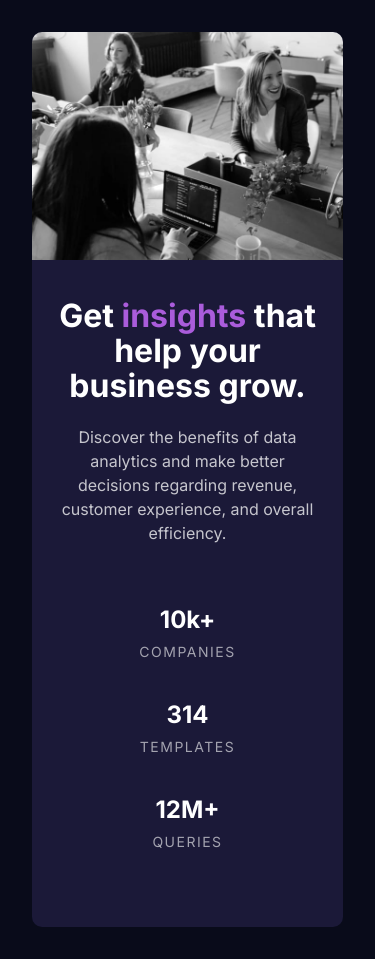
Repository: keisewarsame/stats-preview-frontendmentor
Page: index.html
The author's editor kept a copy of each file at every save. The page is drawn from the files as they stood at one save, then again after the next save.
The browser window is 375 px wide. The pictures show the whole page.

Above is the page before, as saved 2022-07-12 14:54:56.

### index.html
<!DOCTYPE html>
<html lang="en">
<head>
  <meta charset="UTF-8">
  <meta name="viewport" content="width=device-width, initial-scale=1.0"> <!-- displays site properly based on user's device -->
  <link rel="icon" type="image/png" sizes="32x32" href="./images/favicon-32x32.png">
  <link rel="stylesheet" href="styles.css">
  <title>Frontend Mentor | Stats preview card component</title>
</head>
<body>
    <div class="container">
        <div class="wrapper">
            <div class="text-component">
                <h1 class="title">Get <span>insights</span> that help your business grow.</h1>
                <p class="subtitle">Discover the benefits of data analytics and make better decisions regarding revenue, customer experience, and overall efficiency.</p>
                <div class="stats-component">
                    <div>
                        <p class="num">10k+</p>
                        <p class="stats-sub">Companies</p>
                    </div>
                    <div>
                        <p class="num">314</p>
                        <p class="stats-sub">Templates</p>
                    </div>
                    <div>
                        <p class="num">12M+</p>
                        <p class="stats-sub">Queries</p>
                    </div>
                </div>
            </div>
            <div class="image-component">

            </div>
            <div class="img-cover"></div>
        </div>
    </div>
</body>
</html>

### styles.css
@import url('https://fonts.googleapis.com/css2?family=Inter:wght@400;700&family=Lexend+Deca&display=swap');

* {
    margin: 0;
    padding: 0;
}

body {
    font-family: 'Inter', sans-serif;
    display: flex;
    align-items: center;
    min-height: 100vh;
    background-color: hsl(233, 47%, 7%);
}

.container {
    margin: 0 auto;
    max-width: 1040px;
}

.wrapper {
    background-color: hsl(244, 38%, 16%);
    display: grid;
    grid-template-columns: 1fr 1fr;
    border-radius: 10px;
    overflow: hidden;
    margin: 2rem;
}

.text-component {
    padding: 13%;
    font-family: 'Inter', sans-serif;
}

.title {
    color: hsl(0, 0%, 100%);
    padding-bottom: 22px;
    font-weight: 700;
}

.title span {
    color: hsl(277, 64%, 61%)
}

.subtitle {
    color: hsla(0, 0%, 100%, 0.75);
    line-height: 1.5;
    font-size: 15px;
}

.stats-component {
    display: flex;
    justify-content: space-between;
    padding-top: 60px;
}

.num {
    color: hsl(0, 0%, 100%);
    font-weight: 700;
    font-size: 24px;
    margin-bottom: 9px
}

.stats-sub {
    text-transform: uppercase;
    color: hsla(0, 0%, 100%, 0.6);
    font-size: 14px;
    letter-spacing: 1.5px;
}



.image-component {
    position: relative;
    background: url(/images/image-header-desktop.jpg) no-repeat;
    height: 100%;
    width: 100%;
}

img {
    height: 100%;
    width: 100%;
}

.image-component::after {
    position: absolute;
    content: '';
    height: 100%;
    width: 100%;
    top: 0;
    right: 0;
    background-color: hsla(277, 64%, 61%, 0.6);;
}

@media screen and (max-width: 425px) {
    body {
        text-align: center;
    }

    .wrapper {
        grid-template-columns: 1fr;
        position: relative;
    }

    .image-component {
        position: relative;
        /* background: url(/images/image-header-mobile.jpg); */
        height: 100%;
        width: 100%;
        order: -1;
        content: url(/images/image-header-mobile.jpg);

    }

    .img-cover {
        position: absolute;
        width: 100%;
        height: 100px
        top: 0;
        border: 1p;

    }

    .stats-component {
        flex-direction: column;
    }

    .text-component {
        padding: 12% 8%;
    }

    .title {
        line-height: 1.1;
    }

    .stats-component div {
        margin-bottom: 40px;
    }

    .subtitle {
        font-size: 16px;
        font-family: ;
    }
}

After the next save:
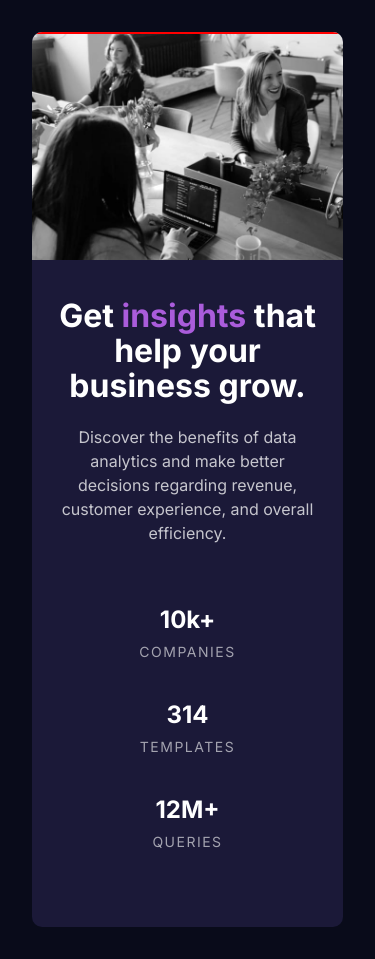
Saved 5 s later.
--- a/styles.css
+++ b/styles.css
@@ -117,7 +117,7 @@
         width: 100%;
         height: 100px
         top: 0;
-        border: 1p;
+        border: 1px solid red;
 
     }
 

After the 2 saves that followed:
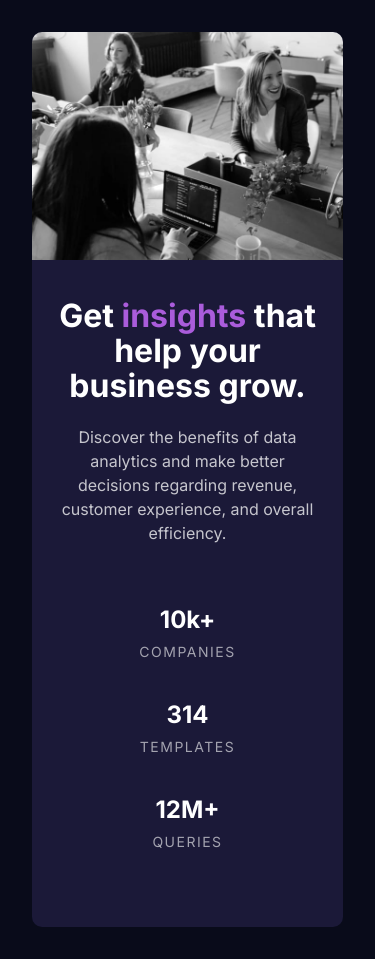
The 2 saves are shown as one change because they came seconds apart.
The last was saved 12 s later.
--- a/styles.css
+++ b/styles.css
@@ -117,7 +117,7 @@
         width: 100%;
         height: 100px
         top: 0;
-        border: 1px solid red;
+        color: red;
 
     }
 
